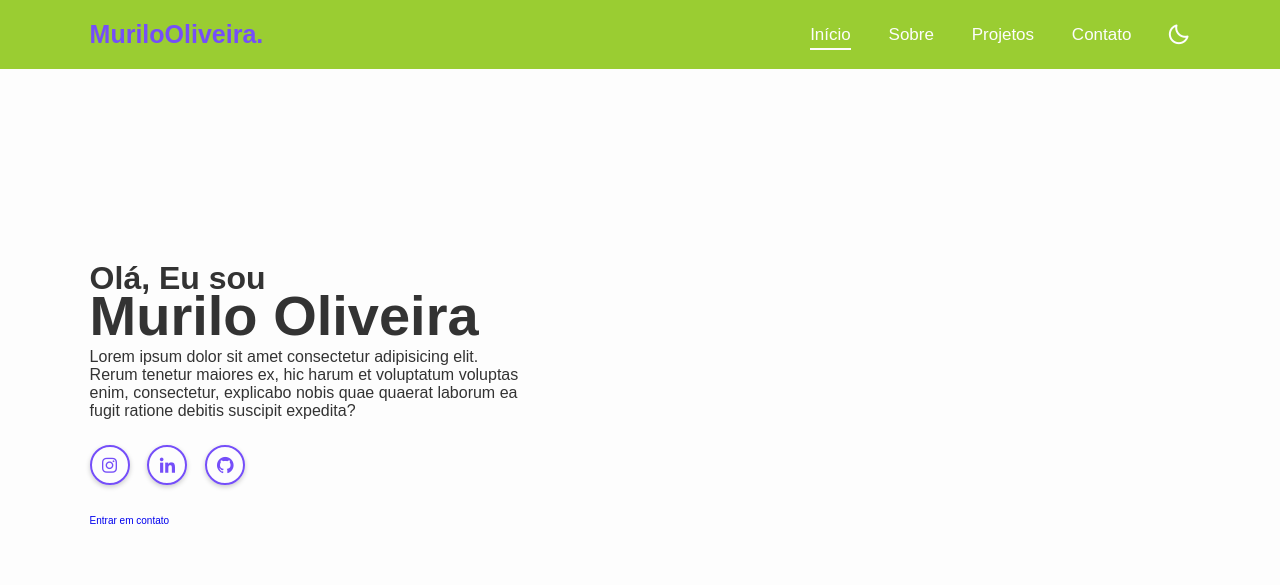
Repository: devMuriloOliveira/Portfolio-
Page: index.html
An editor plug-in stored every save of this project. The page is shown before and after the next save, followed by the edit.
The browser window is 1280 px wide. The pictures show the whole page.

Above is the page before, as saved 2023-03-10 16:17:30.

### index.html
<!DOCTYPE html>
<html lang="en">
  <head>
    <meta charset="UTF-8" />
    <meta http-equiv="X-UA-Compatible" content="IE=edge" />
    <meta name="viewport" content="width=device-width, initial-scale=1.0" />
    <title>Murilo Oliveira</title>

    <!--box icons-->
    <link
      href="https://unpkg.com/boxicons@2.1.4/css/boxicons.min.css"
      rel="stylesheet"
    />

    <!--font-->
    <link
      rel="stylesheet"
      href="https://fonts.googleapis.com/css2?family=Material+Symbols+Outlined:opsz,wght,FILL,GRAD@20..48,100..700,0..1,-50..200"
    />

    <!--css-->
    <link rel="stylesheet" href="style.css" />
  </head>
  <body>
    <header class="header">
      <a class="logo" href="#">Murilo<span>Oliveira</span>.</a>

      <nav class="navbar">
        <a href="#inicio" class="active">Início</a>
        <a href="#sobre">Sobre</a>
        <a href="#projetos">Projetos</a>
        <a href="#contato">Contato</a>
      </nav>

      <div class="bx bx bx-moon" id="darkMode-icon"></div>
    </header>

    <section class="inicio" id="inicio">
      <div class="inicio-content">
        <h3>Olá, Eu sou</h3>
        <h1>Murilo Oliveira</h1>
        <p>
          Lorem ipsum dolor sit amet consectetur adipisicing elit. Rerum tenetur
          maiores ex, hic harum et voluptatum voluptas enim, consectetur,
          explicabo nobis quae quaerat laborum ea fugit ratione debitis suscipit
          expedita?
        </p>

        <div class="social-media">
          <a href="#"><i class="bx bxl-instagram"></i></a>
          <a href="#"><i class="bx bxl-linkedin"></i></a>
          <a href="#"><i class="bx bxl-github"></i></a>
        </div>

        <a href="#" class="btn">Entrar em contato</a>
      </div>
    </section>
    <script src="js/script.js"></script>
  </body>
</html>

### style.css
*{
  margin: 0;
  padding: 0;
  box-sizing: border-box;
  text-decoration: none;
  border: none;
  outline: none;
  scroll-behavior: smooth;
  font-family: 'Poppins', sans-serif;
}

:root{
  --bg-color: #fdfdfd;
  --text-color: #333;
  --main-color: #754ef9;
  --white-color: #fdfdfd;
  --shadow-color: rgba(0, 0, 0, .2);
}

html{
  font-size: 62.5%;
  overflow-x: hidden;
}

body{
  background: var(--bg-color);
  color: var(--text-color);
}

.header{
  position: fixed;
  top: 0;
  left: 0;
  width: 100%;
  padding: 2rem 7%;
  background: yellowgreen;
  display: flex;
  align-items: center;
  z-index: 100;
}

.logo{
  font-size: 2.5rem;
  color: var(--main-color);
  font-weight: 600;
  cursor: default;
  margin-right: auto;
}

.navbar a{
  position: relative;
  font-size: 1.7rem;
  color: var(--white-color);
  font-weight: 500;
  margin-right: 3.5rem;
}

.navbar a.active::before{
  content: '';
  position: absolute;
  left: 0;
  bottom: -6px;
  width: 100%;
  height: .2rem;
  background: var(--white-color);
}

#darkMode-icon{
  font-size: 2.4rem;
  color: var(--white-color);
  cursor: pointer;
}

section{
  min-height: 100vh;
  padding: 10rem 7% 2rem;
}

.inicio{
  display: flex;
  align-items: center;
}

.inicio .inicio-content{
  max-width: 44rem;
}

.inicio-content h3{
  font-size: 3.2rem;
  font-weight: 700;
  line-height: .3;
}

.inicio-content h1{
  font-size: 5.6rem;
  font-weight: 700;
}

.inicio-content p{
  font-size: 1.6rem;
}

.inicio-content .social-media a{
  display: inline-flex;
  justify-content: center;
  align-items: center;
  width: 4rem;
  height: 4rem;
  background: transparent;
  border: .2rem solid var(--main-color);
  border-radius: 50%;
  box-shadow: 0 .2rem .5rem var(--shadow-color);
  font-size: 2rem;
  color: var(--main-color);
  margin: 2.5rem 1.5rem 3rem 0;
  transition: .5s ease;
}

.inicio-content .social-media a:hover{
  background: var(--main-color);
  color: var(--white-color);
}

Loaded but not shown: js/script.js (no stored copy; drawn as an empty file)

After the next save:
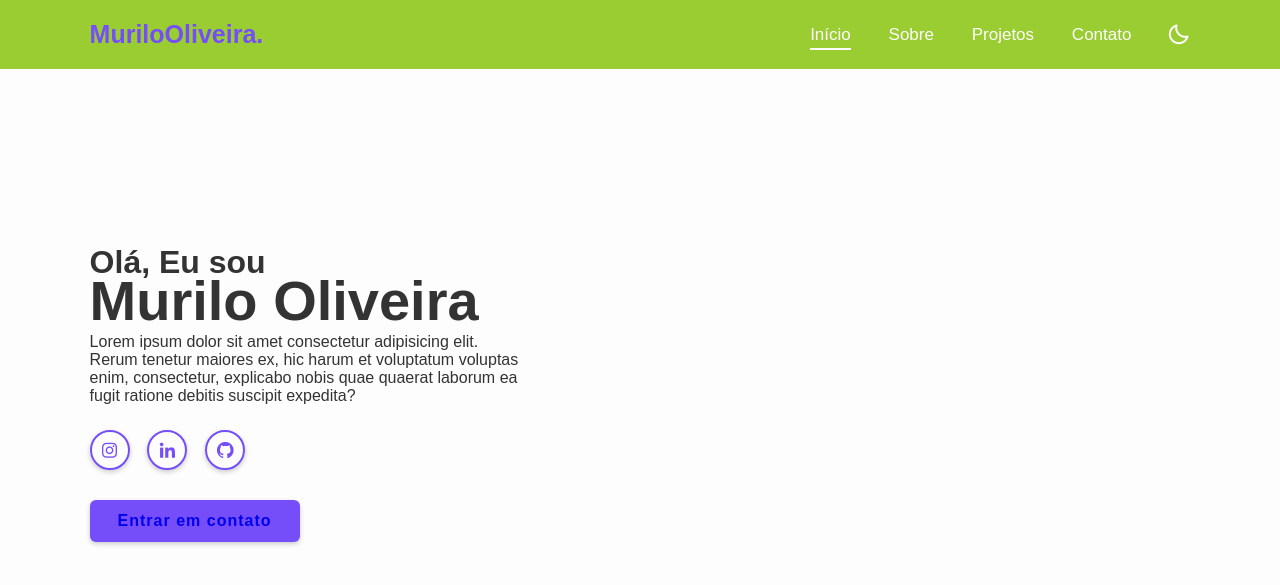
Saved 3 min 8 s later.
--- a/style.css
+++ b/style.css
@@ -120,3 +120,14 @@ section{
   background: var(--main-color);
   color: var(--white-color);
 }
+
+.btn{
+  display: inline-block;
+  padding: 1.2rem 2.8rem;
+  background: var(--main-color);
+  border-radius: .6rem;
+  box-shadow: 0 .2rem .5rem var(--shadow-color);
+  font-size: 1.6rem;
+  letter-spacing: .1rem;
+  font-weight: 600;
+}
